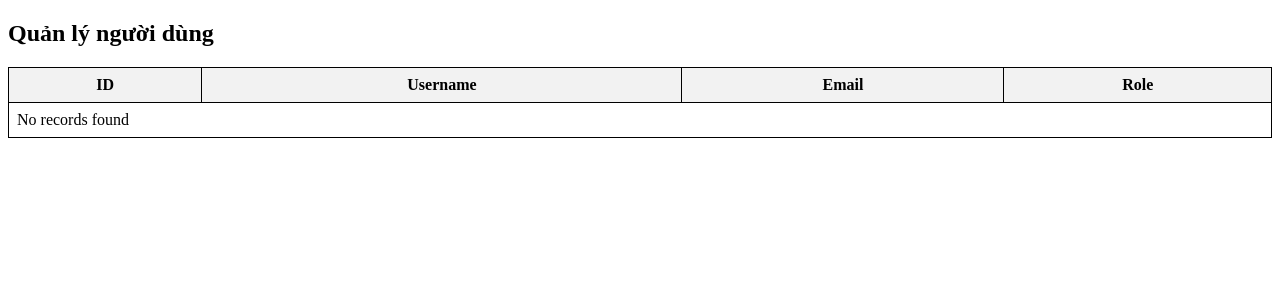
Repository: TuanAnhNguyen723/DanhGiaKIemDinh
Page: http://localhost/phpmailer/quanly.php
These files come from the project's save history. The page is drawn as it stood at one moment and after the next save; the edit follows.
The browser window is 1280 px wide. The pictures show the whole page.
The page is run by PHP 8.4 with error messages shown; the project is at /var/www/html/. Queries for data that is not in the repository find no rows.

Above is the page before, as saved 2024-05-24 10:20:59.

### quanly.php
<!DOCTYPE html>
<html lang="en">
<head>
<meta charset="UTF-8">
<meta name="viewport" content="width=device-width, initial-scale=1.0">
<title>User Table</title>
<style>
    table {
        width: 100%;
        border-collapse: collapse;
    }
    table, th, td {
        border: 1px solid black;
        padding: 8px;
    }
    th {
        background-color: #f2f2f2;
    }
</style>
</head>
<body>

<h2>Quản lý người dùng</h2>

<table>
    <tr>
        <th>ID</th>
        <th>Username</th>
        <th>Email</th>
        <th>Role</th>
    </tr>
    <?php
    // Include database connection
    include 'config.php';

    // Fetch data from database
    $sql = "SELECT id, username, email, role FROM users";
    $result = mysqli_query($link, $sql);

    // Check if there are any records
    if (mysqli_num_rows($result) > 0) {
        // Loop through each row
        while($row = mysqli_fetch_assoc($result)) {
            echo "<tr>";
            echo "<td>" . $row["id"] . "</td>";
            echo "<td>" . $row["username"] . "</td>";
            echo "<td>" . $row["email"] . "</td>";
            echo "<td>" . $row["role"] . "</td>";
            echo "</tr>";
        }
    } else {
        echo "<tr><td colspan='4'>No records found</td></tr>";
    }
    ?>
</table>

</body>
</html>

### config.php
<?php
// // if (!defined('DB_SERVER'))
//     define('DB_SERVER', 'localhost');
// // if (!defined('DB_USERNAME'))
//     define('DB_USERNAME', 'root');
// // if (!defined('DB_PASSWORD'))
// define('DB_PASSWORD', '');
// // if (!defined('DB_NAME'))
// define('DB_NAME', 'water_billing');

global $link;
$link = mysqli_connect('localhost', 'root', '', 'water_billing');

if($link === false){
    die("ERROR: Could not connect. " . mysqli_connect_error());
}

After the next save:
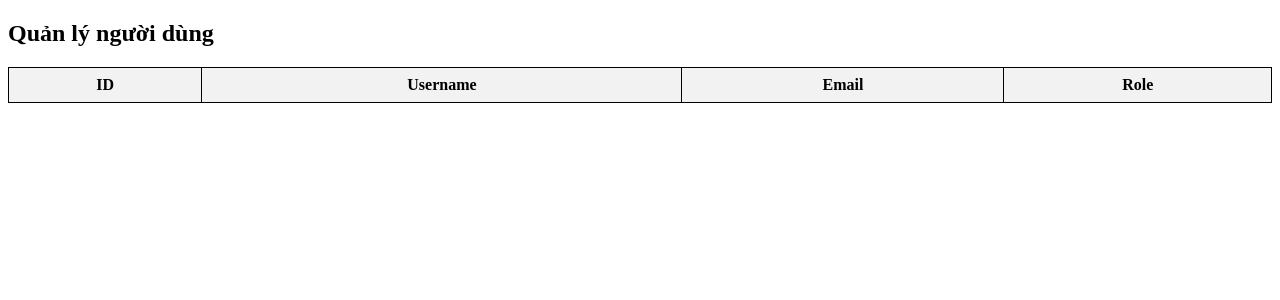
Saved 7 min 3 s later.
--- a/quanly.php
+++ b/quanly.php
@@ -1,3 +1,36 @@
+<?php
+// Include database connection
+include 'config.php';
+
+// Số hàng hiển thị trên mỗi trang
+$records_per_page = 5;
+
+// Xác định trang hiện tại. Nếu không có trang nào được chỉ định, mặc định là trang 1
+$current_page = isset($_GET['page']) ? $_GET['page'] : 1;
+
+// Tính toán offset (vị trí bắt đầu của hàng trong truy vấn)
+$offset = ($current_page - 1) * $records_per_page;
+
+// Truy vấn dữ liệu từ cơ sở dữ liệu
+$sql = "SELECT id, username, email, role FROM users LIMIT ?, ?";
+$stmt = mysqli_prepare($link, $sql);
+mysqli_stmt_bind_param($stmt, "ii", $offset, $records_per_page);
+mysqli_stmt_execute($stmt);
+$result = mysqli_stmt_get_result($stmt);
+
+// Đếm tổng số hàng trong bảng
+$total_rows_query = "SELECT COUNT(*) AS total FROM users";
+$total_rows_result = mysqli_query($link, $total_rows_query);
+$total_rows = mysqli_fetch_assoc($total_rows_result)['total'];
+
+// Tính toán số trang
+$total_pages = ceil($total_rows / $records_per_page);
+
+// Đóng kết nối
+mysqli_stmt_close($stmt);
+mysqli_close($link);
+?>
+
 <!DOCTYPE html>
 <html lang="en">
 <head>
@@ -16,6 +49,23 @@
     th {
         background-color: #f2f2f2;
     }
+    .pagination {
+        display: flex;
+        justify-content: center;
+        margin-top: 20px;
+    }
+    .pagination a {
+        display: inline-block;
+        padding: 5px 10px;
+        margin: 0 5px;
+        border: 1px solid #ccc;
+        text-decoration: none;
+        color: #333;
+    }
+    .pagination a.active {
+        background-color: #333;
+        color: white;
+    }
 </style>
 </head>
 <body>
@@ -30,29 +80,26 @@
         <th>Role</th>
     </tr>
     <?php
-    // Include database connection
-    include 'config.php';
-
-    // Fetch data from database
-    $sql = "SELECT id, username, email, role FROM users";
-    $result = mysqli_query($link, $sql);
-
-    // Check if there are any records
-    if (mysqli_num_rows($result) > 0) {
-        // Loop through each row
-        while($row = mysqli_fetch_assoc($result)) {
-            echo "<tr>";
-            echo "<td>" . $row["id"] . "</td>";
-            echo "<td>" . $row["username"] . "</td>";
-            echo "<td>" . $row["email"] . "</td>";
-            echo "<td>" . $row["role"] . "</td>";
-            echo "</tr>";
-        }
-    } else {
-        echo "<tr><td colspan='4'>No records found</td></tr>";
+    // Hiển thị dữ liệu từ kết quả truy vấn
+    while($row = mysqli_fetch_assoc($result)) {
+        echo "<tr>";
+        echo "<td>" . $row["id"] . "</td>";
+        echo "<td>" . $row["username"] . "</td>";
+        echo "<td>" . $row["email"] . "</td>";
+        echo "<td>" . $row["role"] . "</td>";
+        echo "</tr>";
     }
     ?>
 </table>
 
+<div class="pagination">
+    <?php
+    // Hiển thị các nút phân trang
+    for ($i = 1; $i <= $total_pages; $i++) {
+        echo "<a href='?page=$i'" . ($current_page == $i ? " class='active'" : "") . ">$i</a>";
+    }
+    ?>
+</div>
+
 </body>
 </html>
